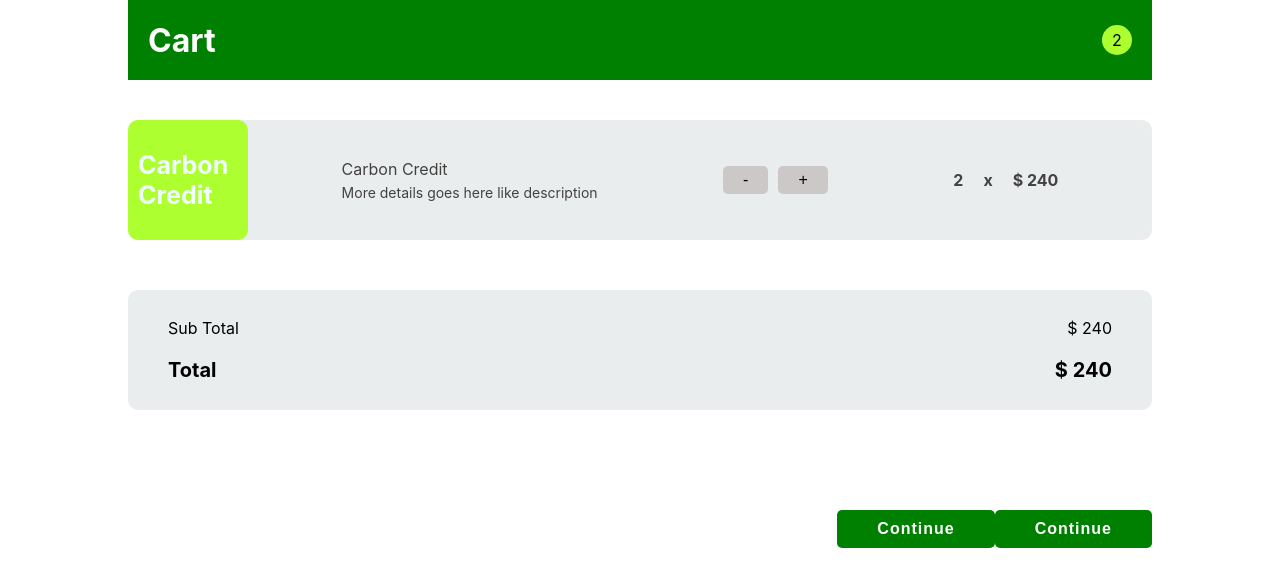
Repository: Yowani24/CarbonApp
Page: /cart
The author's editor kept a copy of each file at every save. The page is drawn from the files as they stood at one save, then again after the next save.
The browser window is 1280 px wide. The pictures show the whole page.
The project was rebuilt for these pictures with package versions that can differ from the ones it lists, and the page was loaded fresh each time. The framework's server and built-in components were replaced by stand-ins that run in the browser. Also part of the build but not shown: next.config.js.

Above is the page before, as saved 2021-09-26 21:18:08.

### pages/_app.js
import '../styles/globals.css'
import Cart from './cart';

function MyApp({ Component, pageProps }) {
  return (
    <>
      <Component {...pageProps} />
    </>
  );
}

export default MyApp

### pages/cart/index.js
import React from 'react';
import Head from 'next/head'

import styles from './Cart.module.css'

export default function Cart(props) {
    return (
        <>
          <Head>
              <title>Cart</title>
          </Head>
          <header>
              <div className={styles.interface}>
                    <div className={styles.header_content}>
                        <h1>Cart</h1>
                        <p>2</p>
                    </div>
              </div>
          </header>

          <section>
              <div className={styles.interface}>
                  <div className={styles.boxes}>
                      <div className={styles.content_box}>
                          <div className={styles.box}>
                              <h3>Carbon Credit</h3>
                          </div>

                          <div className={styles.product_details}>
                            <div className={styles.description}>
                                <p>Carbon Credit</p>
                                <p>More details goes here like description</p>
                            </div>

                            <div className={styles.quantity_controls}>
                                <button>-</button>
                                <button>+</button>
                            </div>

                            <div className={styles.current_money}>
                                <p>2</p>
                                <span>x</span>
                                <p>$ 240</p>
                            </div>
                          </div>
                      </div>
                  </div>

                  <div className={styles.total_to_pay_box}>
                      <span>
                          <p>Sub Total</p>
                          <p>$ 240</p>
                      </span>
                      <span>
                          <p>Total</p>
                          <p>$ 240</p>
                      </span>
                  </div>

                  <div className={styles.button_box}>
                      <button>Continue</button>
                      <button>Continue</button>
                  </div>
              </div>
          </section>
        </>
    )
}

### styles/globals.css
html,
body {
  padding: 0;
  margin: 0;
  font-family: -apple-system, BlinkMacSystemFont, Segoe UI, Roboto, Oxygen,
    Ubuntu, Cantarell, Fira Sans, Droid Sans, Helvetica Neue, sans-serif;
}

a {
  color: inherit;
  text-decoration: none;
}

* {
  margin: 0;
  box-sizing: border-box;
}

### pages/cart/Cart.module.css
.interface{
    width: 80%;
    margin: 0 auto;
}
.header_content{
    display: flex;
    justify-content: space-between;
    align-items: center;
    height: 80px;
    padding: 0 20px;
    background: green;
}
.header_content h1{
    color: #FFFFFF;
}
.header_content p{
    background: greenyellow;
    display: flex;
    justify-content: center;
    align-items:center;
    width: 30px;
    height: 30px;
    border-radius: 100%;
}


.boxes{
    margin-top: 40px;
}
.content_box{
    width: 100%;
    height: 120px;
    background:rgb(233, 237, 238);
    border-radius: 10px;

    display: flex;
    align-items:center;
}
.box{
    width: 120px;
    background: greenyellow;
    height: 100%;
    border-radius: 10px;

    display: flex;
    justify-content: center;
    align-items: center;
}
.box h3{
    font-size: 25px;
    width: 100px;
    color: azure;
}
.product_details{
    display: flex;
    justify-content: space-between;
    align-items: center;
    width: 70%;
    margin: 0 auto;
    color: hsl(0, 2%, 26%);
}
.description p:nth-child(2){
    margin-top: 5px;
    font-size: 14px;
}
.quantity_controls button{
    border: none;
    padding: 5px 20px;
    margin: 0 5px;
    border-radius: 5px;
    font-size: 16px;
    background: rgb(204, 200, 200);
}
.quantity_controls button:active{
    background: rgb(148, 146, 146);
}
.current_money{
    display: flex;
    font-size: 16px;
    font-weight: bold;
}
.current_money span{
    padding: 0 20px;
}

.total_to_pay_box{
    width: 100%;
    height: 120px;
    background:rgb(233, 237, 238);
    border-radius: 10px;

    display: flex;
    flex-direction: column;
    justify-content: center;
    margin-top: 50px;
    padding: 0 40px;
}

.total_to_pay_box span{
    display: flex;
    justify-content: space-between;
    margin: 10px 0;
}
.total_to_pay_box span:nth-child(2){
    font-weight: bold;
    font-size: 20px;
}


.button_box{
    display: flex;
    justify-content: flex-end;
    margin-top: 100px;
}
.button_box button{
    border: none;
    background: green;
    padding: 10px 40px;
    font-size: 16px;
    color: #FFFFFF;
    letter-spacing: 1px;
    border-radius: 5px;
    cursor: pointer;
    transition: .1s;
    font-weight: bold;
}
.button_box button:hover{
    background: rgb(1, 92, 1);
}
.button_box button:active{
    background: rgb(13, 131, 13);
}

After the next save:
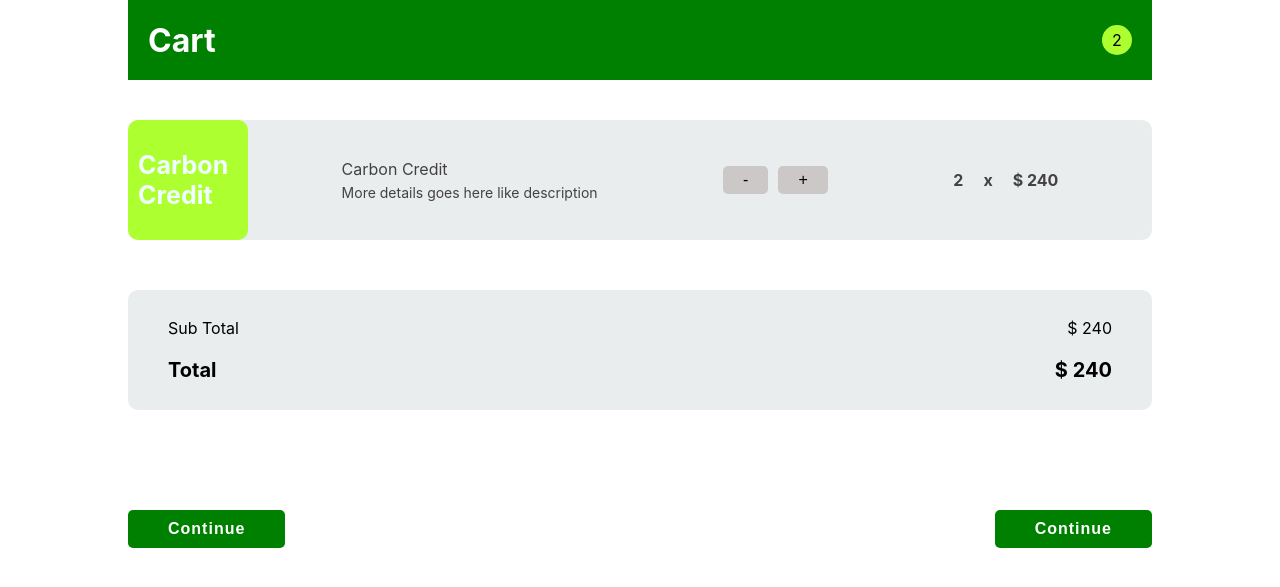
Saved 14 s later.
--- a/pages/cart/Cart.module.css
+++ b/pages/cart/Cart.module.css
@@ -109,7 +109,7 @@
 
 .button_box{
     display: flex;
-    justify-content: flex-end;
+    justify-content: space-between;
     margin-top: 100px;
 }
 .button_box button{
